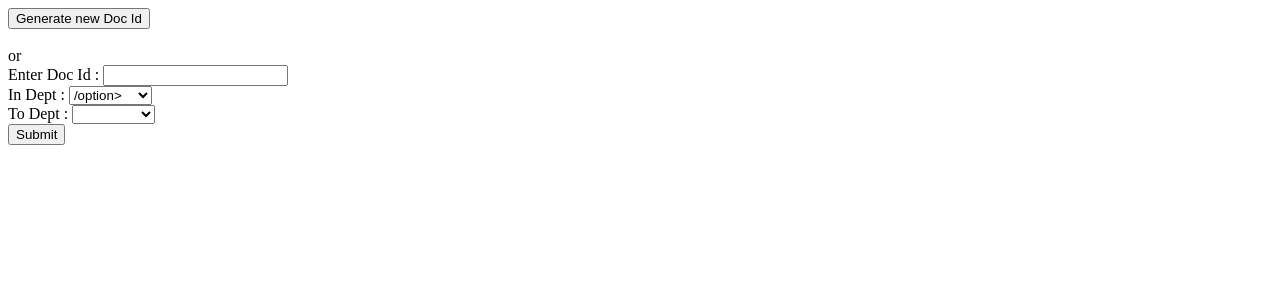
Repository: javaSingh/java
Page: workspace/minor project with inder 7th sem/WebContent/senddoc.html
The author's editor kept a copy of each file at every save. The page is drawn from the files as they stood at one save, then again after the next save.
The browser window is 1280 px wide. The pictures show the whole page.

Above is the page before, as saved 2014-10-19 16:34:57.

After the next save:
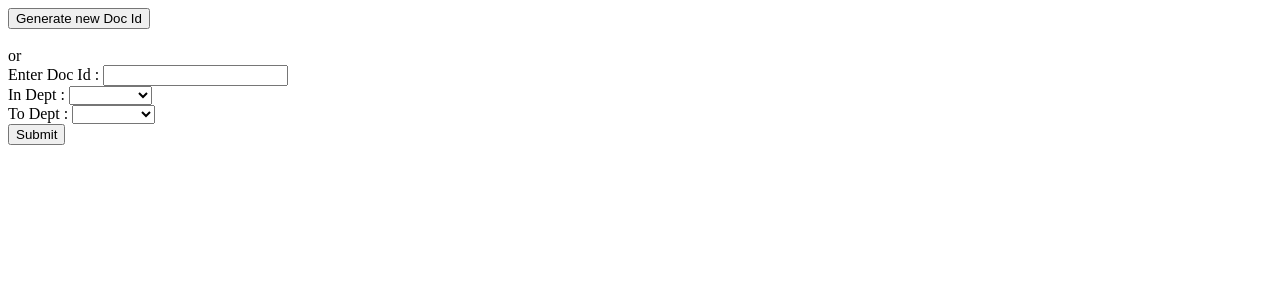
Saved 32 s later.
--- a/workspace/minor project with inder 7th sem/WebContent/senddoc.html
+++ b/workspace/minor project with inder 7th sem/WebContent/senddoc.html
@@ -15,7 +15,7 @@ or
 <form action='Serv2'>
 Enter Doc Id : <input type='number' name='docid' required autofoucs></input><br>
 In Dept : <select name='indept'>
-  <option value="">/option>
+  <option value=""></option>
   <option value="Dept1">Dept1</option>
   <option value="Dept2">Dept2</option>
   <option value="Dept3">Dept3</option>
